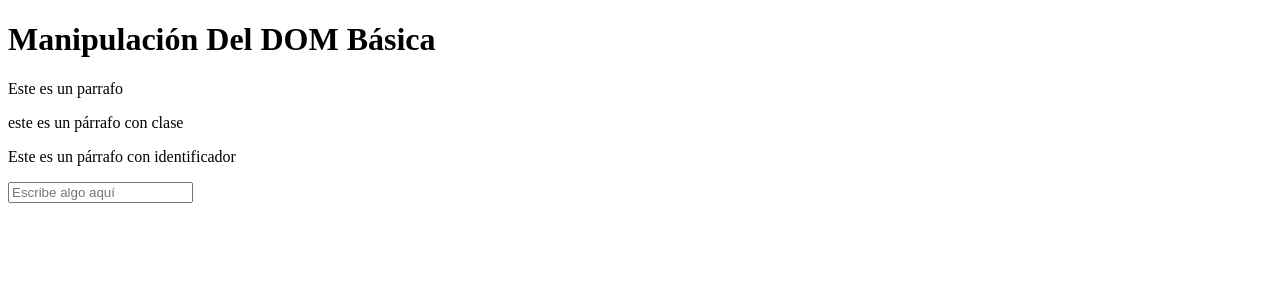
Repository: elto82/NuevoCursoPr-cticodeJavaScript
Page: index.html
An editor plug-in stored every save of this project. The page is shown before and after the next save, followed by the edit.
The browser window is 1280 px wide. The pictures show the whole page.

Above is the page before, as saved 2022-09-09 08:25:02.
Console error: ReferenceError: inne is not defined

After the next save:
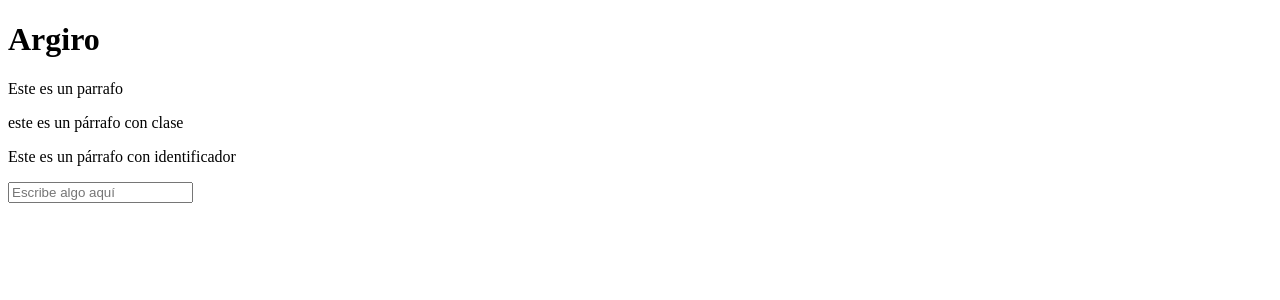
The error is gone.
Saved 35 s later.
--- a/main.js
+++ b/main.js
@@ -14,4 +14,4 @@ console.log({
   input,
 });
 
-h1 = inne
+h1.innerHTML = 'Argiro'
